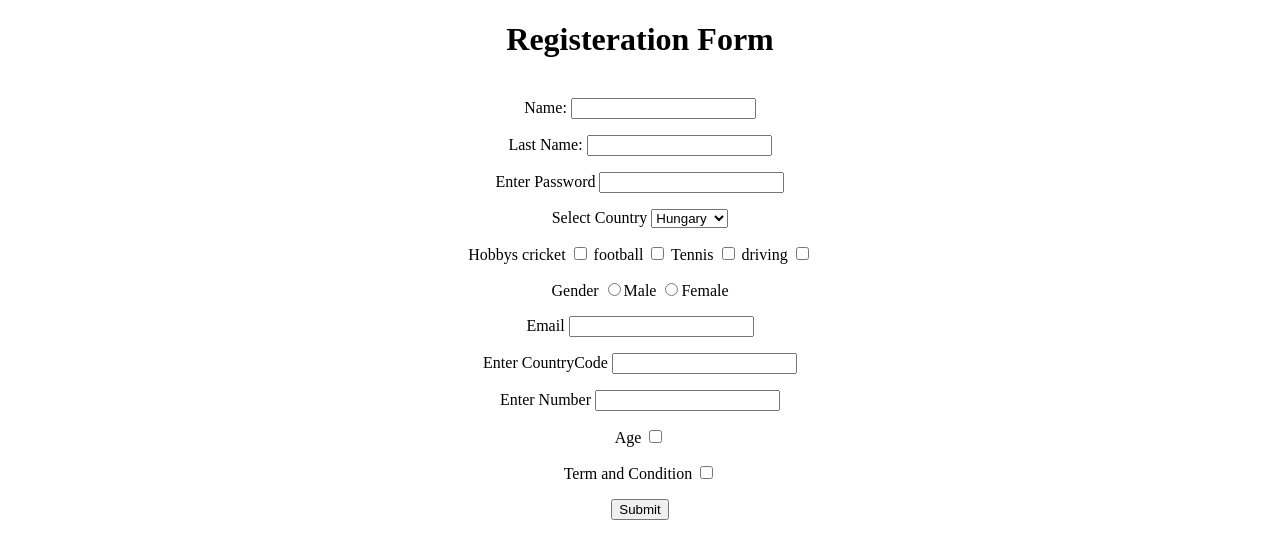
Repository: DevKhanHassam/SpringMvc
Page: http://localhost/formPractice/WEB-INF/views/form.jsp
These files come from the project's save history. The page is drawn as it stood at one moment and after the next save; the edit follows.
The browser window is 1280 px wide. The pictures show the whole page.
The page is served by Tomcat 9. Nobody is signed in. Other server files are loaded and not shown. The template is opened directly, without the code that normally fills it, so the values that code supplies are empty.

Above is the page before, as saved 2024-05-19 19:00:36.

### formPractice/src/main/webapp/WEB-INF/views/form.jsp
<%@ page language="java" contentType="text/html; charset=UTF-8"
	pageEncoding="UTF-8"%>
<%@ taglib uri="http://www.springframework.org/tags/form" prefix="form"%>
<!DOCTYPE html>
<html>
<head>
<meta charset="UTF-8">
<title>Registeration Form</title>

<style type="text/css">
.error {
	color: red;
	position: fixed;
	text-align: left;
	margin-left: 4px;
	margin-bottom: 4px;
}
</style>



</head>
<body>
	<div align="center">
		<h1>Registeration Form</h1>

		<br>

		<form:form action="userDetails" method="get"
			modelAttribute="userDetails">
			<label for="firstName">Name:</label>
			<form:input id="firstName" path="firstName" />
			<form:errors path="firstName" cssClass="error"></form:errors>

			<p>


				<label for="lastName">Last Name:</label>
				<form:input id="lasttName" path="lastName" />
			<p>
				<label for="password">Enter Password</label>
				<form:password id="password" path="password" />
				<form:errors path="password" cssClass="error"></form:errors>
			<p>


				<label for="country">Select Country</label>
				<form:select id="country" path="country">
					<form:option value="Hungary" label="Hungary"></form:option>
					<form:option value="Germany" label="Germany"></form:option>
					<form:option value="Russia" label="Russia"></form:option>
				</form:select>
			<p>


				<label>Hobbys</label> cricket
				<form:checkbox path="hobby" value="cricket" />
				football
				<form:checkbox path="hobby" value="football" />
				Tennis
				<form:checkbox path="hobby" value="Tennis" />
				driving
				<form:checkbox path="hobby" value="driving" />
			<p>

				<label>Gender</label>
				<form:radiobutton label="Male" value="Male" path="gender" />
				<form:radiobutton label="Female" value="female" path="gender" />
				<form:errors path="gender" cssClass="error"></form:errors>
			<p>
				<label>Email</label>
				<form:input path="commDto.email" />
			<p></p>

			<label>Enter CountryCode</label>
			<form:input path="commDto.mobileNO.countrycode" />
			<form:errors path="commDto.mobileNO.countrycode" cssClass="error"></form:errors>
			<p>
			<label>Enter Number</label>
			<form:input path="commDto.mobileNO.userNumber" />
			<form:errors path="commDto.mobileNO.userNumber" cssClass="error"></form:errors>

			<p>

			<label for="age">Age</label>
				<form:checkbox id="age" path="age" />
				<form:errors path="age" cssClass="error"></form:errors>



			<p>
				<label for="termAndConditon">Term and Condition</label>
				<form:checkbox id="termAndConditon" path="termAndConditon" />
				<form:errors path="termAndConditon" cssClass="error"></form:errors>
			<p>
				<input type="submit">
		</form:form>

	</div>
</body>
</html>

After the next save:
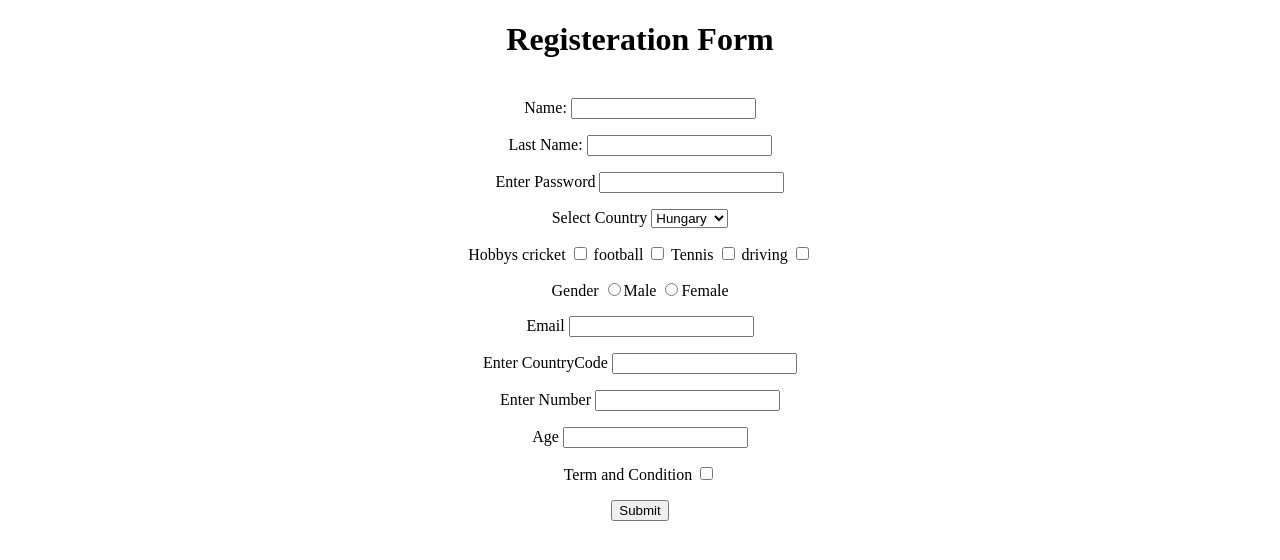
Saved 5 min 34 s later.
--- a/formPractice/src/main/webapp/WEB-INF/views/form.jsp
+++ b/formPractice/src/main/webapp/WEB-INF/views/form.jsp
@@ -83,7 +83,7 @@
 			<p>
 
 			<label for="age">Age</label>
-				<form:checkbox id="age" path="age" />
+				<form:input path="age" />
 				<form:errors path="age" cssClass="error"></form:errors>
 
 
